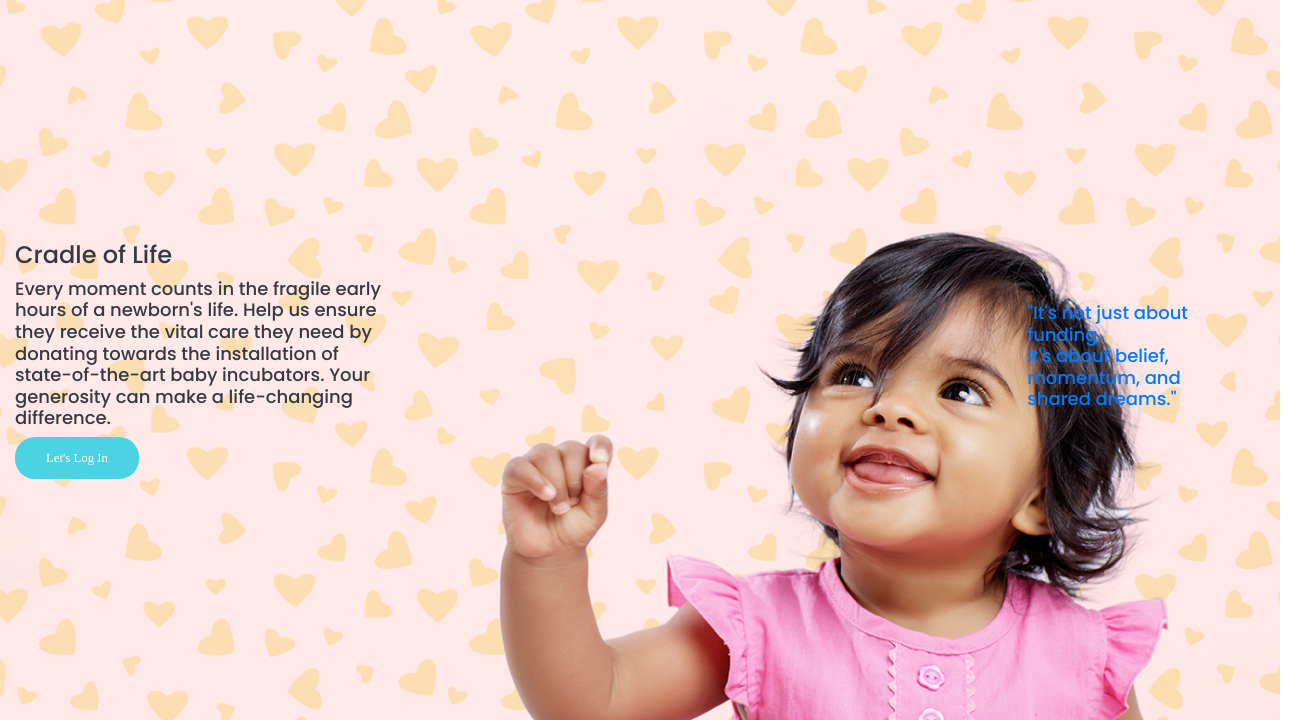
Repository: Adu065/Cradle-of-Life
Page: http://localhost/CradleOfLife/pages/login.jsp
An editor plug-in stored every save of this project. The page is shown before and after the next save, followed by the edit.
The browser window is 1280 px wide. The page is 1295 px wide, then 1280 px, so the pictures cover 1295 px, including what lies to the right of the window. The pictures show the whole page.
Some web fonts or font styles are not loaded; a fallback is used. The page is served by Tomcat 9.

Above is the page before, as saved 2023-08-24 13:58:34.

After the next save:
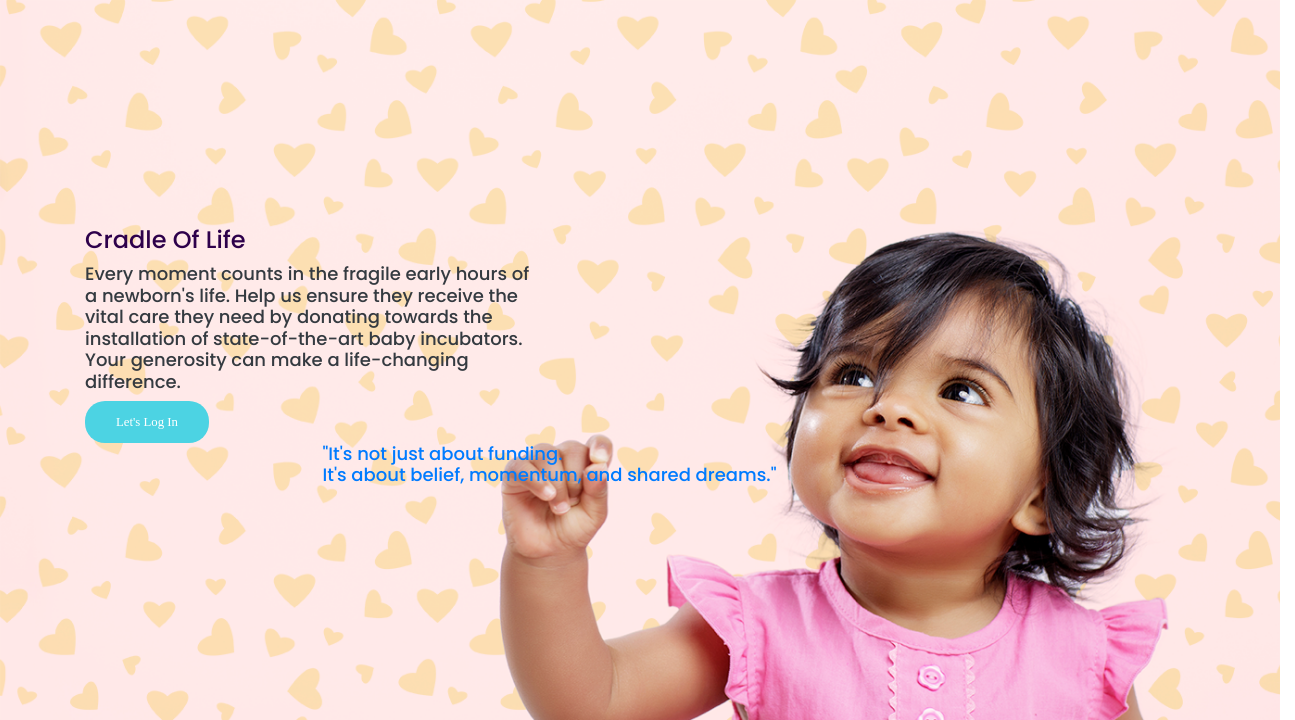
Saved 24 s later.
--- a/CradleOfLife/WebContent/pages/login.jsp
+++ b/CradleOfLife/WebContent/pages/login.jsp
@@ -38,7 +38,10 @@
 			<div class="container">
 				<div class="row">
 					<div class="col-xl-5 col-lg-6">
-						<h3 class="text-dark">Cradle of Life</h3>
+						<div class="single_about_info">
+							<h3>
+								Cradle Of Life
+							</h3>
 							<h4 class="text-dark">Every moment counts in the fragile early hours of a
 								newborn's life. Help us ensure they receive the vital care they
 								need by donating towards the installation of state-of-the-art
